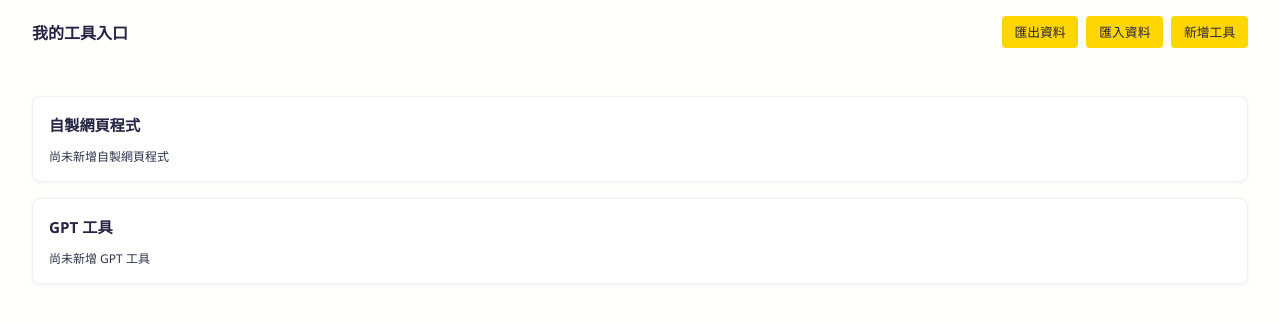
Repository: Harry985991/bmcvibecoding
Page: personal_tool_portal.html
An editor plug-in stored every save of this project. The page is shown before and after the next save, followed by the edit.
The browser window is 1280 px wide. The pictures show the whole page.

Above is the page before, as saved 2025-08-22 22:29:25.

### personal_tool_portal.html
<!DOCTYPE html>
<html lang="zh-Hant">
<head>
  <meta charset="UTF-8">
  <meta name="viewport" content="width=device-width, initial-scale=1.0">
  <title>個人工具入口</title>
  <style>
:root{
  --bg: #fffffe;
  --primary: #272343;    /* headline / 主色 */
  --muted: #2d334a;      /* paragraph / 次要文字 */
  --accent: #ffd600;     /* highlight / 按鈕 */
  --teal: #bae8e8;       /* tag / 卡片重點 */
  --card-bg: #ffffff;
  --card-border: #272343;
  --button-hover: #e6c000;
}

/* base */
body {
  font-family: 'Segoe UI', 'Noto Sans TC', sans-serif;
  background-color: var(--bg);
  color: var(--primary);
  margin: 0;
  padding: 0;
}

/* header */
header {
  background-color: transparent;
  padding: 1rem 2rem;
  display: flex;
  justify-content: space-between;
  align-items: center;
}
header h1 {
  font-size: 1rem;
  margin: 0;
  color: var(--primary);
}

/* buttons */
button {
  padding: 0.4rem 0.8rem;
  font-size: 0.8rem;
  border: none;
  border-radius: 4px;
  cursor: pointer;
  background-color: var(--accent);
  color: var(--primary);
  transition: background 0.12s ease-in-out;
}
button:hover { background-color: var(--button-hover); }

/* layout */
main {
  padding: 2rem;
  display: grid;
  grid-template-columns: 1fr;
  gap: 1rem;
}

.section {
  background: var(--card-bg);
  padding: 1rem;
  border-radius: 8px;
  box-shadow: 0 1px 4px rgba(39,35,67,0.06);
  border: 1px solid rgba(39,35,67,0.06);
}
.section h2 {
  margin: 0 0 0.75rem 0;
  font-size: 0.95rem;
  color: var(--primary);
}

/* grid & cards */
.grid {
  display: grid;
  grid-template-columns: repeat(auto-fill, minmax(260px, 1fr));
  gap: 1rem;
}

/* updated card style: deep card like attachment */
.card {
  background: var(--primary);           /* 深色卡片背景 */
  color: #ffffff;
  border: none;
  border-radius: 12px;
  padding: 1.25rem;
  display: flex;
  flex-direction: column;
  justify-content: space-between;
  box-shadow: 0 6px 18px rgba(39,35,67,0.18);
  min-height: 120px;
}
.card h3 {
  margin: 0 0 0.5rem 0;
  font-size: 1rem;
  color: #ffffff;
  letter-spacing: 0.2px;
}
.card p {
  font-size: 0.86rem;
  color: rgba(255,255,255,0.85);
  margin: 0;
  flex-grow: 1;
  margin-bottom: 0.65rem;
}

/* remove chip visuals from cards (not used anymore) */
.chips { display: none; }
.chip { display: none; }

/* visit button (淺綠底、深色文字) */
.visit-btn {
  display: inline-block;
  background: var(--teal);
  color: var(--primary);
  padding: 0.45rem 0.8rem;
  border-radius: 8px;
  font-weight: 700;
  font-size: 0.9rem;
  text-decoration: none;
  border: none;
  cursor: pointer;
  box-shadow: 0 2px 6px rgba(39,35,67,0.08);
}
.visit-btn:hover {
  filter: brightness(0.98);
}

/* ensure actions layout keeps buttons aligned */
.card-actions { margin-top: 0.6rem; display:flex; justify-content:space-between; gap:0.5rem; align-items:center; }
/* keep edit/delete on the right */
.card-actions .right { display:flex; gap:0.5rem; }

/* modal */
.modal { position: fixed; top:0; left:0; right:0; bottom:0; background: rgba(0,0,0,0.45); display:none; justify-content:center; align-items:center; z-index:1000; }
.modal-content { background: var(--card-bg); padding:1rem; border-radius:6px; width:360px; box-shadow: 0 2px 12px rgba(39,35,67,0.12); border:1px solid rgba(39,35,67,0.06); }
.modal-content h2 { font-size:1rem; margin-top:0; color:var(--primary); }
.modal-content label { font-size:0.75rem; display:block; margin-top:0.5rem; color:var(--primary); }
.modal-content input[type="text"], .modal-content textarea { width:100%; padding:0.4rem; font-size:0.8rem; margin-top:0.3rem; border:1px solid rgba(39,35,67,0.12); border-radius:4px; color:var(--muted); background: #fff; }

/* categories */
.categories { display:flex; gap:0.75rem; margin-top:0.5rem; align-items:center; color:var(--muted); }
.categories input[type="checkbox"] { width:14px; height:14px; accent-color: var(--teal); }

/* small text */
.small-muted { font-size:0.75rem; color:var(--muted); }

/* responsive tweaks */
@media (max-width:480px){
  .modal-content { width: 92%; }
  header { padding: 0.75rem 1rem; }
  main { padding: 1rem; }
}
  </style>
</head>
<body>
  <header>
    <h1>我的工具入口</h1>
    <div style="display:flex; gap:8px;">
      <button id="exportBtn">匯出資料</button>
      <button id="importBtn">匯入資料</button>
      <button id="addBtn">新增工具</button>
    </div>
  </header>

  <main>
    <section class="section" aria-labelledby="webTitle">
      <h2 id="webTitle">自製網頁程式</h2>
      <div id="webContainer" class="grid"></div>
    </section>

    <section class="section" aria-labelledby="gptTitle">
      <h2 id="gptTitle">GPT 工具</h2>
      <div id="gptContainer" class="grid"></div>
    </section>
  </main>

  <!-- Modal -->
  <div class="modal" id="toolModal" aria-hidden="true" role="dialog" aria-modal="true">
    <div class="modal-content">
      <h2 id="modalTitle">新增工具</h2>
      <label>工具名稱</label>
      <input type="text" id="toolName" />
      <label>簡介</label>
      <textarea id="toolDesc" rows="3"></textarea>
      <label>連結 (可使用相對路徑，例如 AIAROKR.html 或 ./subfolder/tool.html)</label>
      <input type="text" id="toolLink" placeholder="例：AIAROKR.html 或 ./subfolder/tool.html">

      <label class="small-muted" style="margin-top:.5rem">類別（勾選後會出現在對應區域，可同時勾選多個）</label>
      <div class="categories">
        <label><input type="checkbox" id="catWeb" /> 自製網頁程式</label>
        <label><input type="checkbox" id="catGpt" /> GPT 工具</label>
      </div>

      <div class="modal-actions">
        <button type="button" id="cancelBtn">取消</button>
        <button type="button" id="saveBtn">儲存</button>
      </div>
    </div>
  </div>

  <script>
  const STORAGE_KEY = 'personal_tools_v1';

  let tools = [];
  try {
    const raw = localStorage.getItem(STORAGE_KEY);
    tools = raw ? JSON.parse(raw) : [];
    if (!Array.isArray(tools)) tools = [];
  } catch (e) {
    console.warn('localStorage parse error, resetting tools', e);
    tools = [];
  }

  // normalize existing items (backward compatibility) — ensure categories default to ['web']
  tools = tools.map(t => {
    if (!t || typeof t !== 'object') {
      return { name: '', desc: '', link: '', categories: ['web'] };
    }

    const cats = t.categories;

    if (!cats) {
      // missing -> default to web
      t.categories = ['web'];
    } else if (typeof cats === 'string') {
      // string -> split by comma, normalize, fallback to web
      const normalized = cats.split(',').map(s => s.trim().toLowerCase()).filter(Boolean)
        .map(s => (s === 'gpt' || s.includes('gpt')) ? 'gpt' : 'web');
      t.categories = normalized.length ? normalized : ['web'];
    } else if (Array.isArray(cats)) {
      // array -> normalize entries, remove empties, fallback to web if empty
      const normalized = cats.map(s => (typeof s === 'string' ? s.trim().toLowerCase() : ''))
        .filter(Boolean)
        .map(s => (s === 'gpt' || s.includes('gpt')) ? 'gpt' : 'web');
      t.categories = normalized.length ? normalized : ['web'];
    } else {
      t.categories = ['web'];
    }

    return t;
  });

  let editIndex = null;
  const webContainer = document.getElementById('webContainer');
  const gptContainer = document.getElementById('gptContainer');
  const modal = document.getElementById('toolModal');
  const nameInput = document.getElementById('toolName');
  const descInput = document.getElementById('toolDesc');
  const linkInput = document.getElementById('toolLink');
  const modalTitle = document.getElementById('modalTitle');
  const catWeb = document.getElementById('catWeb');
  const catGpt = document.getElementById('catGpt');
  let lastFocusedElement = null;

  function createCard(tool, index) {
    const card = document.createElement('div');
    card.className = 'card';

    const h3 = document.createElement('h3');
    h3.textContent = tool.name || '';

    const p = document.createElement('p');
    p.textContent = tool.desc || '';

    // visit button (淺綠色)
    const visit = document.createElement('a');
    const href = (tool.link || '').trim() || '#';
    visit.className = 'visit-btn';
    visit.href = href;
    visit.target = '_blank';
    visit.rel = 'noopener noreferrer';
    visit.textContent = '前往工具';

    const actions = document.createElement('div');
    actions.className = 'card-actions';

    // left: visit button
    const left = document.createElement('div');
    left.appendChild(visit);

    // right: edit/delete
    const right = document.createElement('div');
    right.className = 'right';

    const editBtn = document.createElement('button');
    editBtn.type = 'button';
    editBtn.textContent = '編輯';
    editBtn.addEventListener('click', () => editTool(index));

    const delBtn = document.createElement('button');
    delBtn.type = 'button';
    delBtn.textContent = '刪除';
    delBtn.addEventListener('click', () => deleteTool(index));

    right.appendChild(editBtn);
    right.appendChild(delBtn);

    actions.appendChild(left);
    actions.appendChild(right);

    card.appendChild(h3);
    card.appendChild(p);
    card.appendChild(actions);

    return card;
  }

  function renderTools() {
    webContainer.innerHTML = '';
    gptContainer.innerHTML = '';

    tools.forEach((tool, index) => {
      // default categories
      const cats = Array.isArray(tool.categories) ? tool.categories : ['web'];

      if (cats.includes('web')) {
        webContainer.appendChild(createCard(tool, index));
      }
      if (cats.includes('gpt')) {
        gptContainer.appendChild(createCard(tool, index));
      }
    });

    // if empty, show helpful hint
    if (!webContainer.children.length) {
      const hint = document.createElement('div');
      hint.className = 'small-muted';
      hint.textContent = '尚未新增自製網頁程式';
      webContainer.appendChild(hint);
    }
    if (!gptContainer.children.length) {
      const hint = document.createElement('div');
      hint.className = 'small-muted';
      hint.textContent = '尚未新增 GPT 工具';
      gptContainer.appendChild(hint);
    }
  }

  modal.setAttribute('role', 'dialog');
  modal.setAttribute('aria-modal', 'true');
  modal.setAttribute('aria-hidden', 'true');

  function openModal(editIdx = null) {
    lastFocusedElement = document.activeElement;
    modal.style.display = 'flex';
    modal.setAttribute('aria-hidden', 'false');
    editIndex = editIdx;
    if (editIndex !== null) {
      modalTitle.textContent = '編輯工具';
      const t = tools[editIndex];
      nameInput.value = t.name || '';
      descInput.value = t.desc || '';
      linkInput.value = t.link || '';
      catWeb.checked = Array.isArray(t.categories) && t.categories.includes('web');
      catGpt.checked = Array.isArray(t.categories) && t.categories.includes('gpt');
    } else {
      modalTitle.textContent = '新增工具';
      nameInput.value = '';
      descInput.value = '';
      linkInput.value = '';
      catWeb.checked = true;
      catGpt.checked = false;
    }
    nameInput.focus();
    document.addEventListener('focus', enforceFocus, true);
  }

  function closeModal() {
    modal.style.display = 'none';
    modal.setAttribute('aria-hidden', 'true');
    document.removeEventListener('focus', enforceFocus, true);
    if (lastFocusedElement && typeof lastFocusedElement.focus === 'function') {
      lastFocusedElement.focus();
    }
  }

  function enforceFocus(e) {
    if (!modal.contains(e.target)) {
      e.stopPropagation();
      modal.focus();
    }
  }

  function validateLink(raw) {
    const s = (raw || '').trim();
    if (!s) return '';
    return s;
  }

  function saveTool() {
    const categories = [];
    if (catWeb.checked) categories.push('web');
    if (catGpt.checked) categories.push('gpt');
    if (!categories.length) {
      alert('請至少勾選一個類別');
      return;
    }

    const newTool = {
      name: nameInput.value.trim(),
      desc: descInput.value.trim(),
      link: validateLink(linkInput.value),
      categories
    };
    if (!newTool.name) {
      alert('請輸入工具名稱');
      nameInput.focus();
      return;
    }
    if (editIndex !== null) {
      tools[editIndex] = newTool;
    } else {
      tools.push(newTool);
    }
    try {
      localStorage.setItem(STORAGE_KEY, JSON.stringify(tools));
    } catch (e) {
      console.warn('localStorage write failed', e);
    }
    renderTools();
    closeModal();
  }

  function editTool(index) {
    openModal(index);
  }

  function deleteTool(index) {
    if (confirm('確定刪除這個工具嗎？')) {
      tools.splice(index, 1);
      try {
        localStorage.setItem(STORAGE_KEY, JSON.stringify(tools));
      } catch (e) { console.warn(e); }
      renderTools();
    }
  }

  function exportData() {
    try {
      const payload = JSON.stringify(tools, null, 2);
      const blob = new Blob([payload], { type: 'application/json' });
      const url = URL.createObjectURL(blob);
      const a = document.createElement('a');
      a.href = url;
      a.download = 'personal_tools.json';
      document.body.appendChild(a);
      a.click();
      a.remove();
      URL.revokeObjectURL(url);
    } catch (e) {
      console.error('匯出失敗', e);
      alert('匯出失敗');
    }
  }

  function importDataFile() {
    const inp = document.createElement('input');
    inp.type = 'file';
    inp.accept = '.json,application/json';
    inp.addEventListener('change', (ev) => {
      const f = ev.target.files[0];
      if (!f) return;
      const reader = new FileReader();
      reader.onload = () => {
        try {
          const parsed = JSON.parse(reader.result);
          if (!Array.isArray(parsed)) throw new Error('格式錯誤：不是陣列');
          // normalize and accept backward-compatible items
          tools = parsed.map(t => {
            if (!t || typeof t !== 'object') return { name: '', desc: '', link: '', categories: ['web'] };
            if (!Array.isArray(t.categories)) {
              t.categories = t.categories ? (Array.isArray(t.categories) ? t.categories : [t.categories]) : ['web'];
            }
            return t;
          });
          localStorage.setItem(STORAGE_KEY, JSON.stringify(tools));
          renderTools();
          alert('匯入完成');
        } catch (err) {
          console.error('匯入失敗', err);
          alert('匯入失敗：檔案格式不正確');
        }
      };
      reader.readAsText(f, 'utf-8');
    });
    inp.click();
  }

  document.getElementById('addBtn').addEventListener('click', () => openModal(null));
  document.getElementById('cancelBtn').addEventListener('click', closeModal);
  document.getElementById('saveBtn').addEventListener('click', saveTool);
  document.getElementById('exportBtn').addEventListener('click', exportData);
  document.getElementById('importBtn').addEventListener('click', importDataFile);

  document.addEventListener('keydown', (e) => {
    if (e.key === 'Escape' && modal.style.display === 'flex') closeModal();
  });

  modal.addEventListener('click', (e) => {
    if (e.target === modal) closeModal();
  });

  renderTools();
  </script>
</body>
</html>

After the next save:
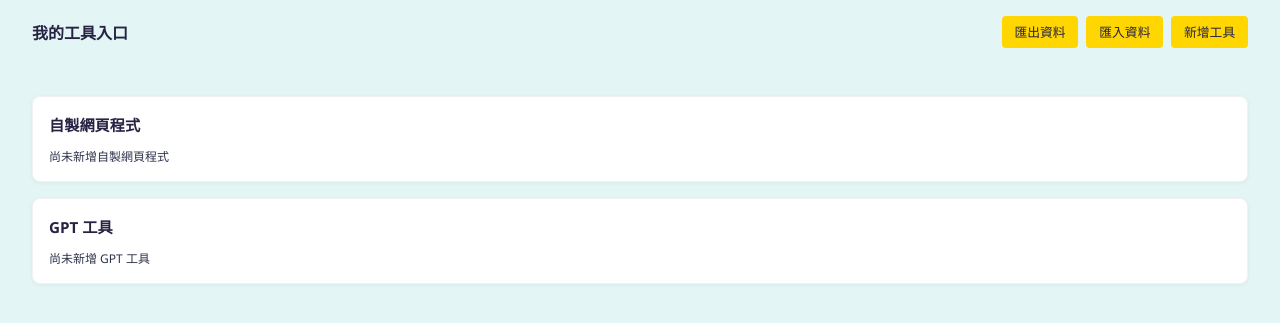
Saved 2 min 40 s later.
--- a/personal_tool_portal.html
+++ b/personal_tool_portal.html
@@ -6,11 +6,11 @@
   <title>個人工具入口</title>
   <style>
 :root{
-  --bg: #fffffe;
-  --primary: #272343;    /* headline / 主色 */
-  --muted: #2d334a;      /* paragraph / 次要文字 */
-  --accent: #ffd600;     /* highlight / 按鈕 */
-  --teal: #bae8e8;       /* tag / 卡片重點 */
+  --bg: #e3f6f5;           /* 改為要求的背景色 */
+  --primary: #272343;
+  --muted: #2d334a;
+  --accent: #ffd600;
+  --teal: #bae8e8;
   --card-bg: #ffffff;
   --card-border: #272343;
   --button-hover: #e6c000;
@@ -131,8 +131,17 @@ main {
 
 /* ensure actions layout keeps buttons aligned */
 .card-actions { margin-top: 0.6rem; display:flex; justify-content:space-between; gap:0.5rem; align-items:center; }
-/* keep edit/delete on the right */
+/* keep edit/delete on the right and make them normal background + white text (not yellow) */
 .card-actions .right { display:flex; gap:0.5rem; }
+.card-actions button {
+  background-color: rgba(255,255,255,0.06); /* subtle darkened overlay matching card */
+  color: #ffffff;                            /* white text as requested */
+  border: 1px solid rgba(255,255,255,0.06);
+  padding: 0.35rem 0.6rem;
+  border-radius: 6px;
+  cursor: pointer;
+}
+.card-actions button:hover { background-color: rgba(255,255,255,0.10); }
 
 /* modal */
 .modal { position: fixed; top:0; left:0; right:0; bottom:0; background: rgba(0,0,0,0.45); display:none; justify-content:center; align-items:center; z-index:1000; }
